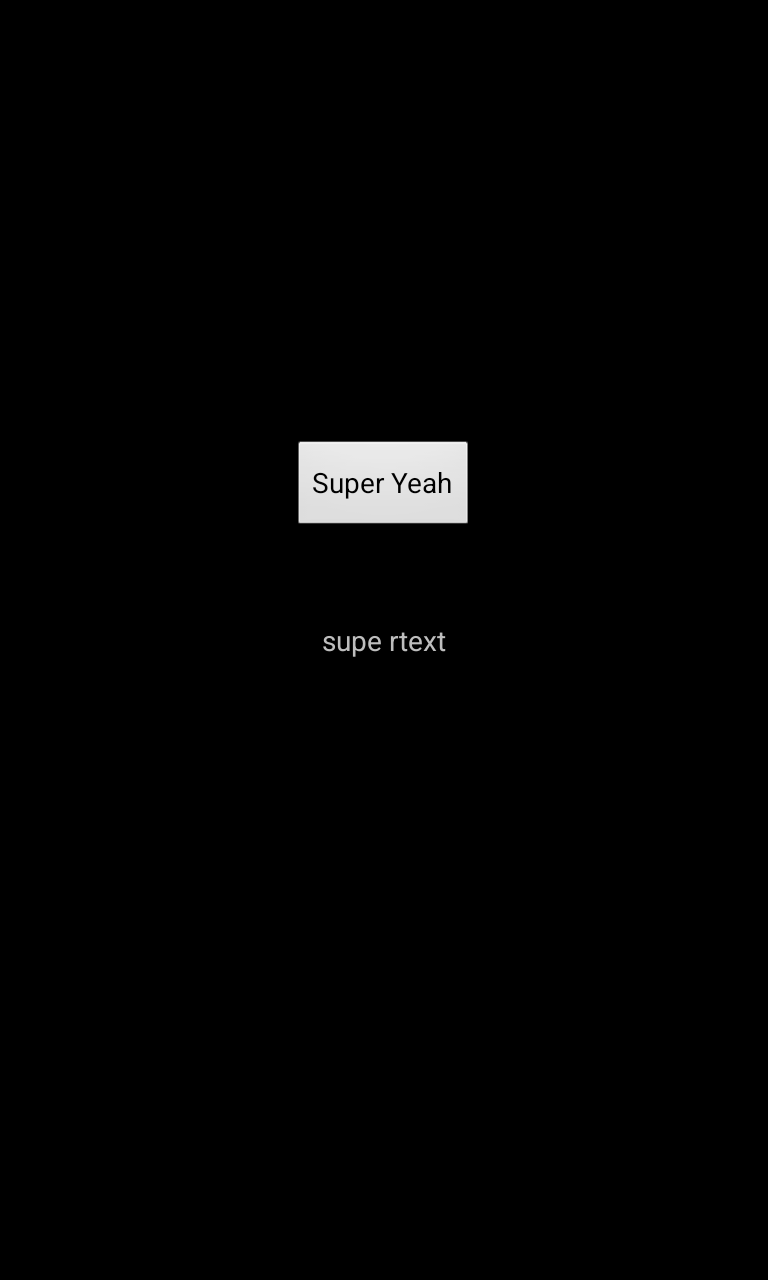
Repository: invader777/M-G
Layout: AndroidApp/res/layout/activity_main.xml
An editor plug-in stored every save of this project. The layout is shown before and after the next save, followed by the edit.
It is drawn on a 768 x 1280 px phone screen (xhdpi) without system bars, with theme android:Theme; the app's code is not run.

Above is the layout before, as saved 2012-09-03 17:31:01.

### AndroidApp/res/layout/activity_main.xml
<RelativeLayout xmlns:android="http://schemas.android.com/apk/res/android"
    xmlns:tools="http://schemas.android.com/tools"
    android:layout_width="match_parent"
    android:layout_height="match_parent" >

    <TextView
        android:id="@+id/textView1"
        android:layout_width="wrap_content"
        android:layout_height="wrap_content"
        android:layout_centerHorizontal="true"
        android:layout_centerVertical="true"
        android:text="@string/super_text"
        tools:context=".MainActivity" />

    <Button
        android:id="@+id/button1"
        android:layout_width="wrap_content"
        android:layout_height="wrap_content"
        android:layout_above="@+id/textView1"
        android:layout_centerHorizontal="true"
        android:layout_marginBottom="43dp"
        android:text="@string/super_yeah" />

</RelativeLayout>

### AndroidApp/res/values/strings.xml
<resources>

    <string name="app_name">AndroidApp</string>
    <string name="hello_world">Hello world!</string>
    <string name="menu_settings">Settings</string>
    <string name="title_activity_main">MainActivity</string>
    <string name="super_yeah">Super Yeah</string>
    <string name="super_text">supe rtext</string>

</resources>

After the next save:
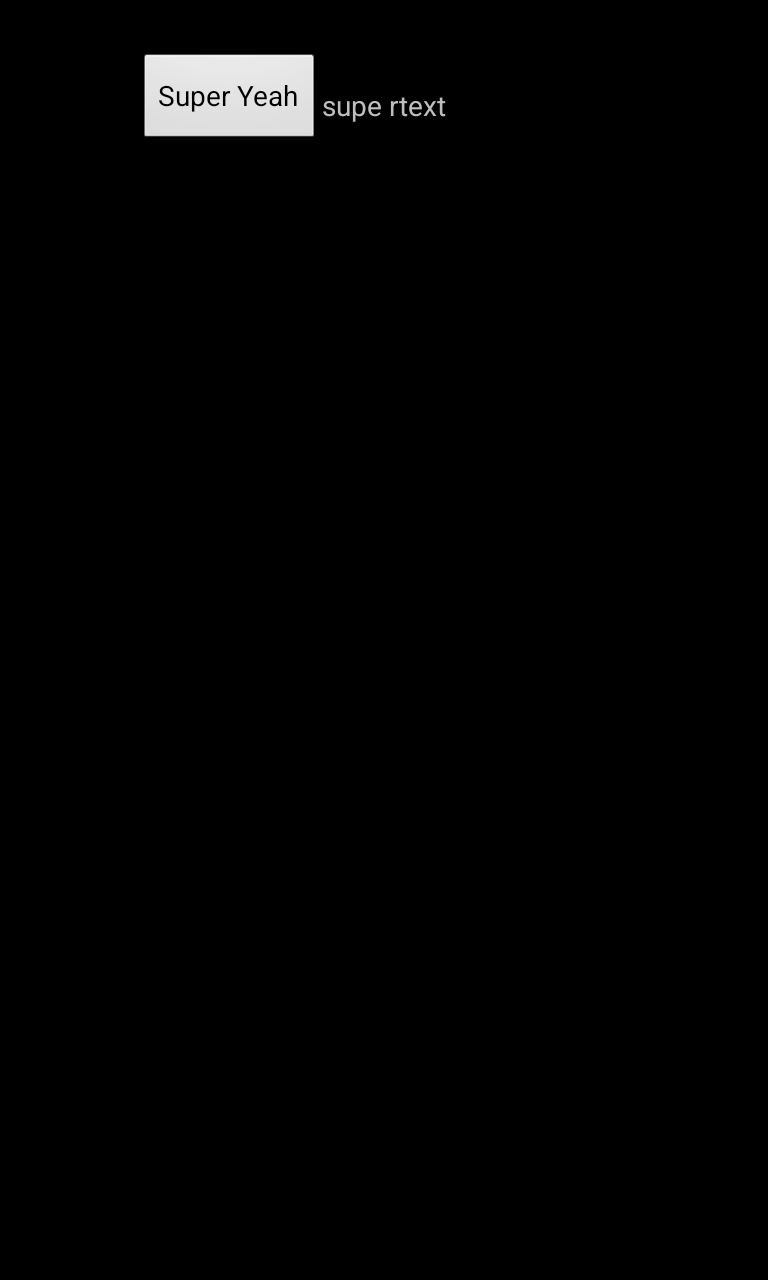
Saved 9 min 54 s later.
--- a/AndroidApp/res/layout/activity_main.xml
+++ b/AndroidApp/res/layout/activity_main.xml
@@ -8,7 +8,7 @@
         android:layout_width="wrap_content"
         android:layout_height="wrap_content"
         android:layout_centerHorizontal="true"
-        android:layout_centerVertical="true"
+        android:layout_marginTop="43dp"
         android:text="@string/super_text"
         tools:context=".MainActivity" />
 
@@ -16,9 +16,9 @@
         android:id="@+id/button1"
         android:layout_width="wrap_content"
         android:layout_height="wrap_content"
-        android:layout_above="@+id/textView1"
-        android:layout_centerHorizontal="true"
-        android:layout_marginBottom="43dp"
+        android:layout_alignParentTop="true"
+        android:layout_marginTop="26dp"
+        android:layout_toLeftOf="@+id/textView1"
         android:text="@string/super_yeah" />
 
 </RelativeLayout>
